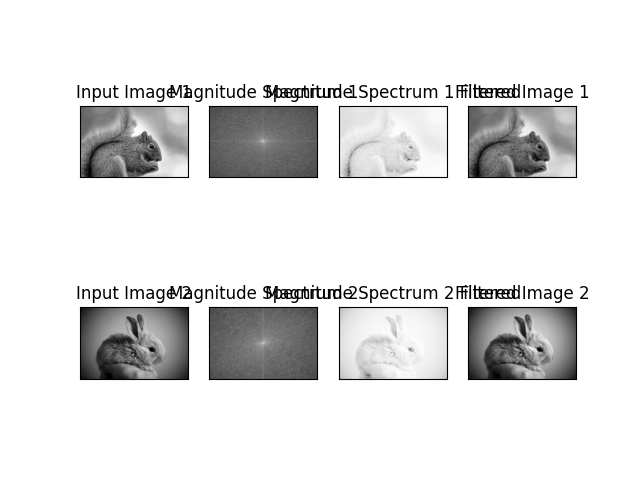
Repository: Yuer-yuan/CV
Script's output: python lab1-hybrid-image/gui/fft.py
An editor plug-in stored every save of this project. The script's output is shown before and after the next save, followed by the edit.
Random numbers start from a fixed seed. It also reads lab1-hybrid-image/gui/res/bunny1.png, lab1-hybrid-image/gui/res/squirrel1.png.

Above is the script's output before, as saved 2023-03-25 19:20:31.

After the next save:
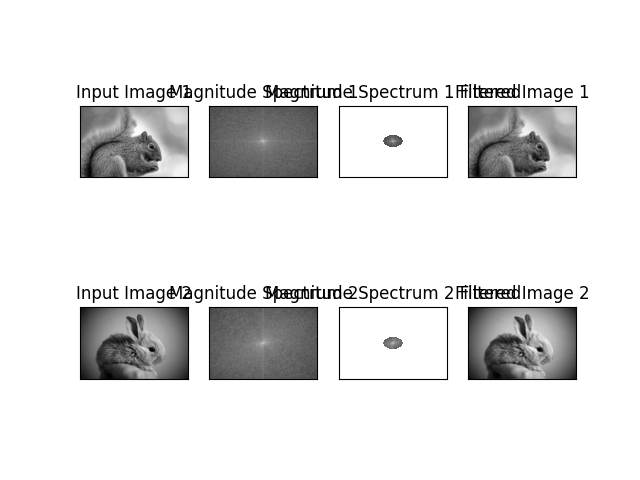
Saved 34 s later.
--- a/lab1-hybrid-image/gui/fft.py
+++ b/lab1-hybrid-image/gui/fft.py
@@ -69,8 +69,8 @@ if __name__ == '__main__':
     ifft2 = np.fft.ifft2(ifftshift2)
 
     # Compute the magnitude spectrum of the filtered images.
-    magnitude_spectrum1_filtered = 20*np.log(np.abs(ifft1))
-    magnitude_spectrum2_filtered = 20*np.log(np.abs(ifft2))
+    magnitude_spectrum1_filtered = 20*np.log(np.abs(fftshift1_filtered))
+    magnitude_spectrum2_filtered = 20*np.log(np.abs(fftshift2_filtered))
 
     # Plot the results.
     plt.subplot(241),plt.imshow(img1, cmap = 'gray')
